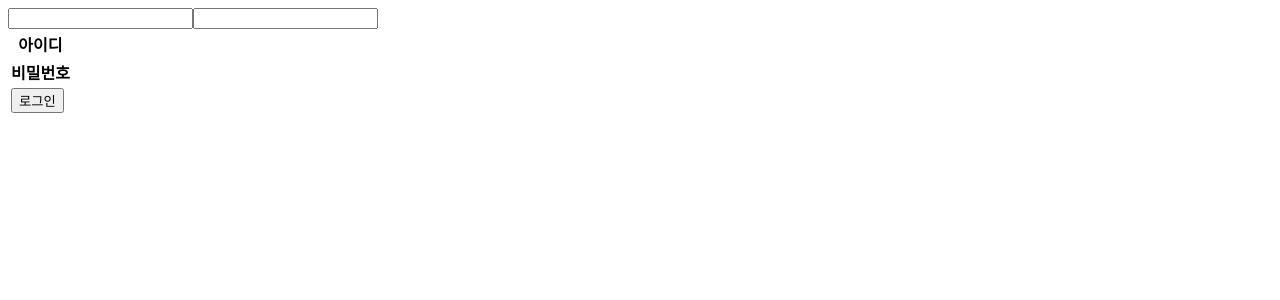
Repository: ssookkdduugg/jsp
Page: http://localhost/Hello/login.jsp
These files come from the project's save history. The page is drawn as it stood at one moment and after the next save; the edit follows.
The browser window is 1280 px wide. The pictures show the whole page.
The page is served by Tomcat 9. Other server files are loaded and not shown.

Above is the page before, as saved 2023-09-19 03:33:51.

### Hello/src/main/webapp/login.jsp
<%@ page language="java" contentType="text/html; charset=UTF-8"
    pageEncoding="UTF-8"%>
<!DOCTYPE html>
<html>
<head>
<meta charset="UTF-8">
<title>Insert title here</title>
</head>
<body>
<table>
<form action="/Login" method="post">
	<tr><th>아이디</th></td><input type="text" name="id"></td></tr>
	<tr><th>비밀번호</th></td><input type="password" name="password"></td></tr>
	<tr><td colspan="2"><input type="submit" value="로그인"></td></tr>
</table>
</form>
</body>
</html>

After the next save:
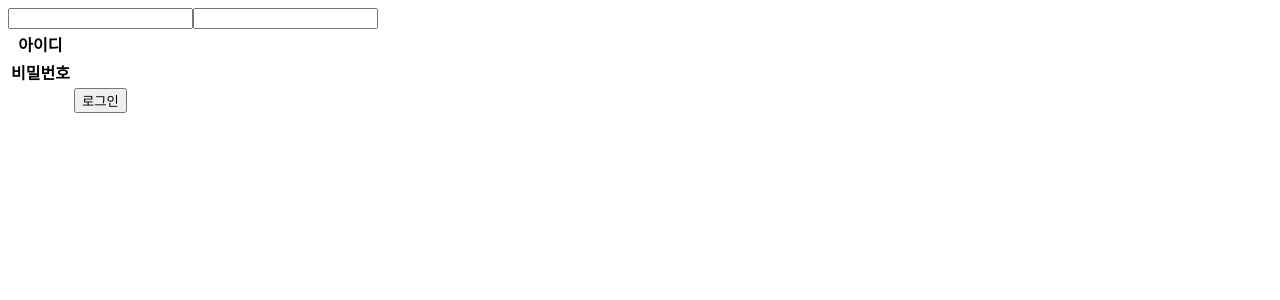
Saved 32 s later.
--- a/Hello/src/main/webapp/login.jsp
+++ b/Hello/src/main/webapp/login.jsp
@@ -11,7 +11,7 @@
 <form action="/Login" method="post">
 	<tr><th>아이디</th></td><input type="text" name="id"></td></tr>
 	<tr><th>비밀번호</th></td><input type="password" name="password"></td></tr>
-	<tr><td colspan="2"><input type="submit" value="로그인"></td></tr>
+	<tr><td></td><td><input type="submit" value="로그인"></td></tr>
 </table>
 </form>
 </body>
